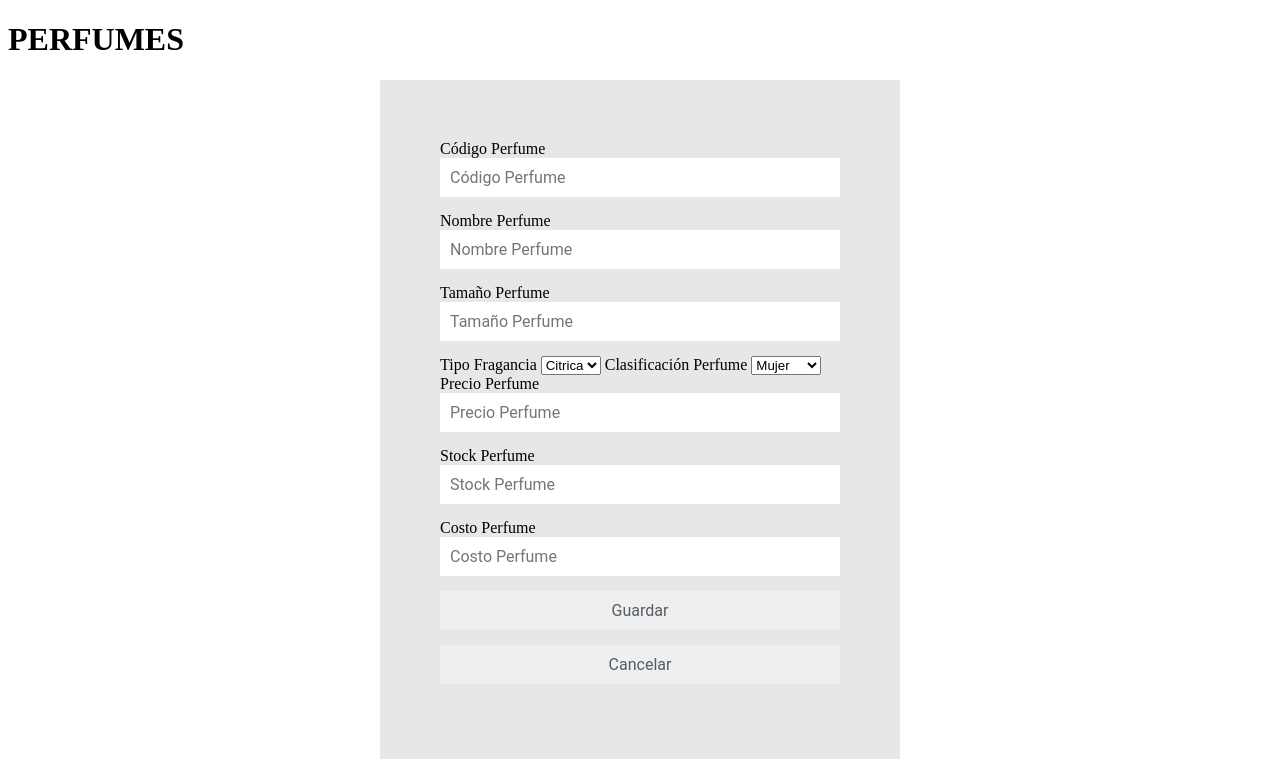
Repository: alejamorenovallejo/arosmile
Page: perfume.html
An editor plug-in stored every save of this project. The page is shown before and after the next save, followed by the edit.
The browser window is 1280 px wide. The pictures show the whole page.

Above is the page before, as saved 2021-09-12 02:16:17.
Not found: main.js

After the next save:
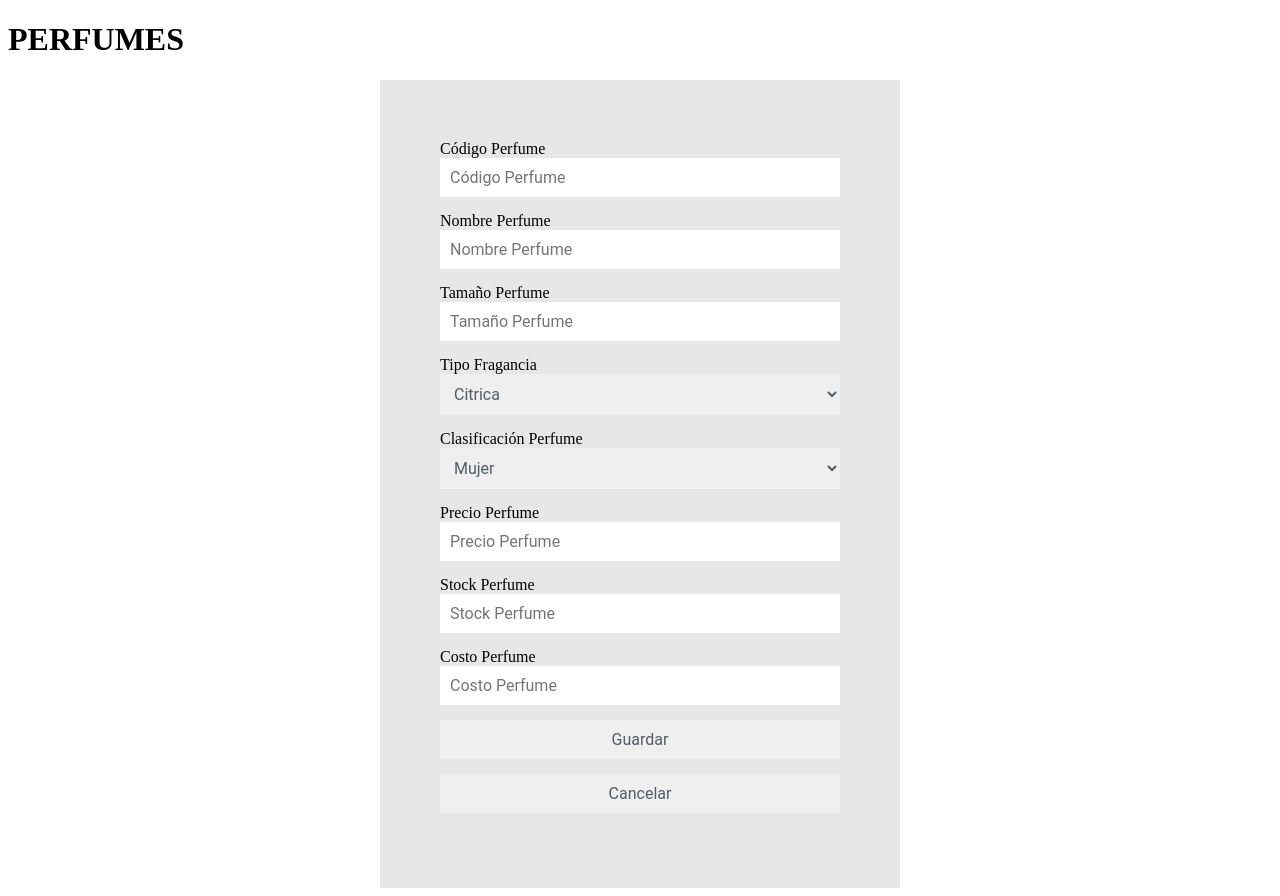
Saved 30 s later.
--- a/css/style.css
+++ b/css/style.css
@@ -4,7 +4,7 @@ form {
   background-color: #e7e7e7;
   margin: 0 auto;
 }
-form input, form textarea{
+form input, form select{
     margin-bottom: 15px;
     font-family: "Roboto", sans-serif;
     width: 100%;
